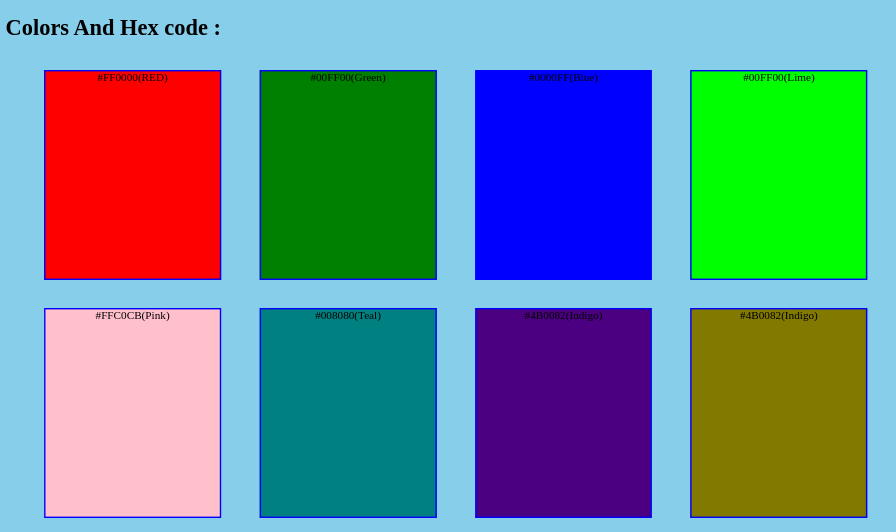
Repository: MintuKrishnan/subrahmanyam-batch
Page: front-end/position/index.html
An editor plug-in stored every save of this project. The page is shown before and after the next save, followed by the edit.
The browser window is 1280 px wide. The pictures show the part of the page from y = 0 to 1920 px (the page is 760 px tall before and 2640 px after), at 70% of full size.

Above is the page before, as saved 2021-03-04 10:23:13.

After the next save:
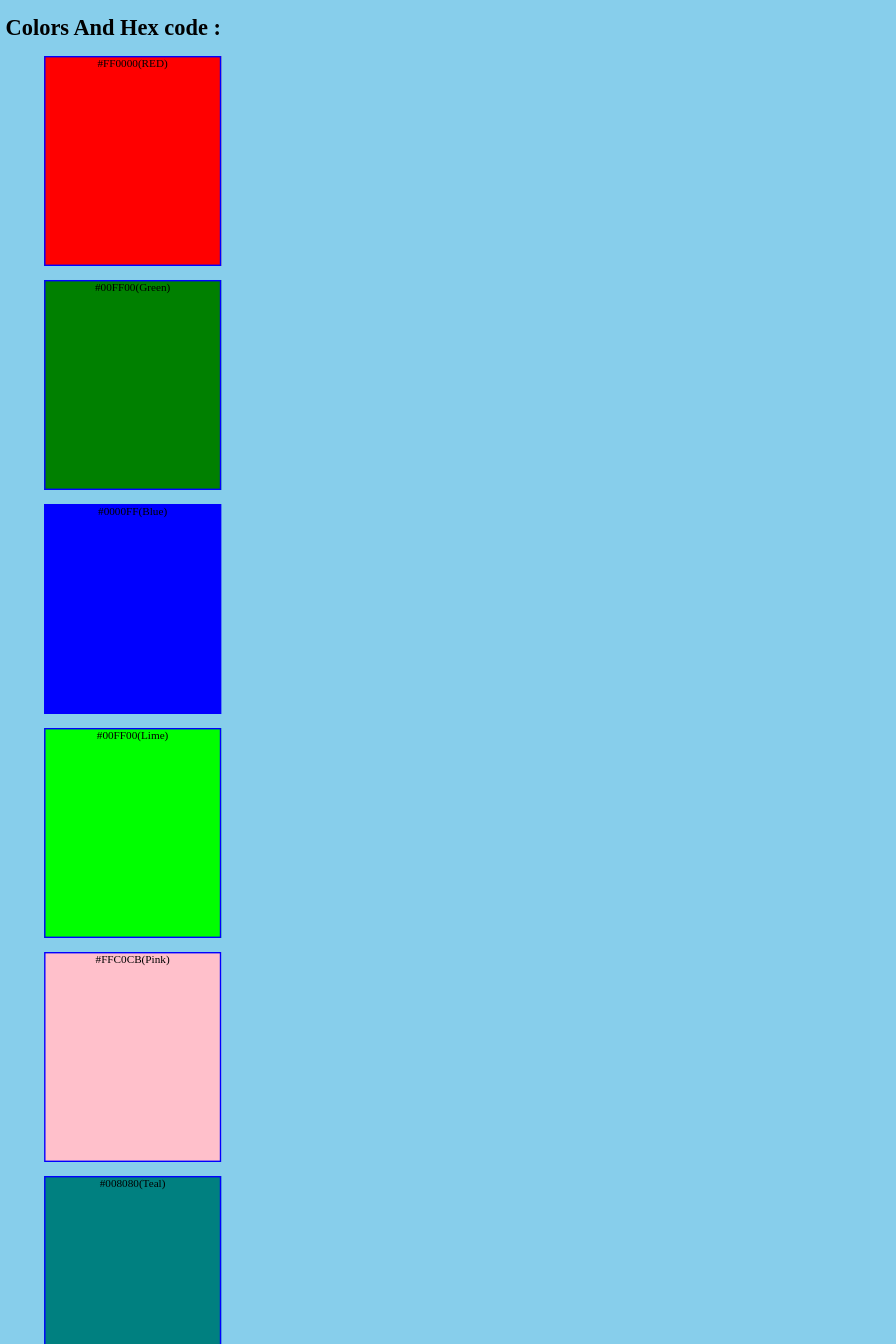
Saved 67 s later.
--- a/front-end/position/style.css
+++ b/front-end/position/style.css
@@ -2,7 +2,7 @@ body {
   background-color: skyblue;
 }
 .property {
-  float: left;
+  /* float: left; */
   width: 20%;
   height: 300px;
   margin: 20px 0px 20px 55px;
